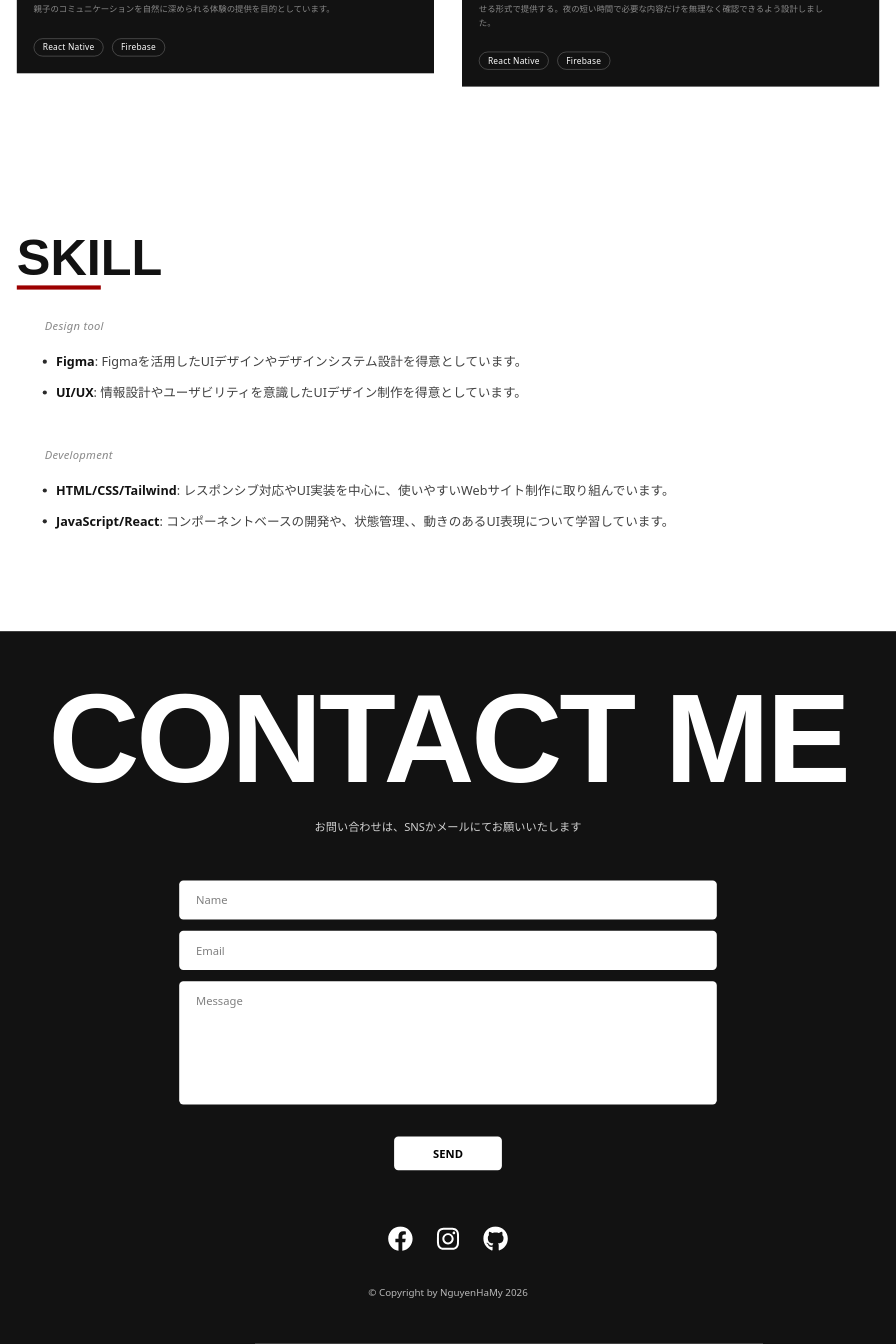
Repository: meme2603/Portfolio-HaMy
Page: / (app in my-portfolio/)
These files come from the project's save history. The page is drawn as it stood at one moment and after the next save; the edit follows.
The browser window is 1280 px wide. The pictures show the part of the page from y = 4474 to 6394 px (the page is 6394 px tall), at 70% of full size.
Some web fonts or font styles are not loaded; a fallback is used. The project was rebuilt for these pictures with package versions that can differ from the ones it lists, and the page was loaded fresh each time. Also part of the build but not shown: my-portfolio/vite.config.js.

Above is the page before, as saved 2026-05-29 14:49:48.

### my-portfolio/index.html
<!doctype html>
<html lang="ja">
  <head>
    <meta charset="UTF-8" />

    <link rel="icon" type="image/png" href="/memex2.png" />
    <meta name="viewport" content="width=device-width, initial-scale=1.0" />
    <title>My Portfolio</title>
    <link rel="preconnect" href="https://fonts.googleapis.com" />
    <link rel="preconnect" href="https://fonts.gstatic.com" crossorigin />
    <link
      href="https://fonts.googleapis.com/css2?family=Akshar:wght@300..700&family=Poppins:wght@300;400;600;700&display=swap"
      rel="stylesheet"
    />
  </head>
  <body>
    <div id="root"></div>

    <script type="module" src="/src/main.jsx"></script>
  </body>
</html>

### my-portfolio/src/main.jsx
import React from "react";
import ReactDOM from "react-dom/client";
import App from "./App";
import "./index.css";

ReactDOM.createRoot(document.getElementById("root")).render(
  <React.StrictMode>
    <App />
  </React.StrictMode>,
);

### my-portfolio/src/App.jsx
import Header from "./components/Header";
import Hero from "./components/Hero";
import About from "./components/About";
import Projects from "./components/Projects";
import Skills from "./components/Skills";
import Contact from "./components/Contact";
function App() {
  return (
    <div className="App">
      <Header />
      <Hero />
      <About />
      <Projects />
      <Skills />
      <Contact />
    </div>
  );
}

export default App;

### my-portfolio/src/index.css
@import "tailwindcss";
@theme {
  --color-primary: #9c0000;
  --color-background: #fff;
  --color-font: #121212;

  --opacity-overlay: 0.65;
  --opacity-glass: 0.1;

  --font-poppins: "Poppins", sans-serif;
  --font-akshar: "Akshar", sans-serif;
}

### my-portfolio/src/components/Header.jsx
import { useState } from "react";
function MenuItem({ text }) {
  return (
    <li>
      <a
        href={`#${text.toLowerCase()}`}
        className="text-primary text-xl relative group transition-colors"
      >
        {text}
        <span
          className="
            absolute left-0 -bottom-[4px] w-0 h-[1px] bg-primary
            transition-all duration-300 group-hover:w-full
          "
        ></span>
      </a>
    </li>
  );
}

function Header() {
  const [isOpen, setIsOpen] = useState(false);
  const menuItems = ["About", "Projects", "Contact"];
  return (
    <header className="fixed top-0 left-0 w-full h-24 bg-background border-b border-gray-300 z-60">
      <div className="max-w-7xl mx-auto h-full px-6 flex justify-between items-center">
        <div className="shrink-0">
          <a
            href="/"
            className="text-4xl text-primary font-semibold font-akshar"
          >
            HA MY
          </a>
        </div>

        <nav className="hidden lg:block">
          <ul className="flex space-x-10">
            {menuItems.map((item) => (
              <MenuItem key={item} text={item} />
            ))}
          </ul>
        </nav>

        <button
          onClick={() => setIsOpen(!isOpen)}
          className="block lg:hidden text-primary focus:outline-none z-50"
          aria-label="Menu"
        >
          <svg
            xmlns="http://www.w3.org/2000/svg"
            className="h-8 w-8"
            fill="none"
            viewBox="0 0 24 24"
            stroke="currentColor"
          >
            <path
              strokeLinecap="round"
              strokeLinejoin="round"
              strokeWidth="2"
              d={isOpen ? "M6 18L18 6M6 6l12 12" : "M4 6h16M4 12h16M4 18h16"}
            />
          </svg>
        </button>

        <div
          className={`
            absolute top-24 left-0 w-full bg-background border-b border-gray-300
            flex flex-col items-center shadow-lg lg:hidden
            overflow-hidden transition-all duration-700 ease-in-out
            ${isOpen ? "max-h-96 opacity-100 py-8 space-y-6" : "max-h-0 opacity-0 py-0 space-y-0 border-none"}
          `}
        >
          <div className="flex flex-col items-center w-full py-6 space-y-6">
            <a
              href="#about"
              onClick={() => setIsOpen(false)}
              className="text-primary text-2xl transition-opacity duration-700"
            >
              About
            </a>
            <a
              href="#projects"
              onClick={() => setIsOpen(false)}
              className="text-primary text-2xl transition-opacity duration-700"
            >
              Projects
            </a>
            <a
              href="#contact"
              onClick={() => setIsOpen(false)}
              className="text-primary text-2xl transition-opacity duration-700"
            >
              Contact
            </a>
          </div>
        </div>
      </div>
    </header>
  );
}

export default Header;

### my-portfolio/src/components/Hero.jsx
import avatarImg from "../assets/avatar.png";
function Hero() {
  return (
    <section className="relative w-full h-[calc(100vh-88px)] mt-24 bg-background overflow-hidden flex flex-col items-center pb-16">
      <div className="w-full pt-10 pb-5 z-20">
        <h1
          className="
            text-[90px]
            md:text-[140px]
            lg:text-[210px]
            font-bold
            font-akshar
            text-center
            leading-[0.7]
            text-font
            tracking-tighter
          "
        >
          PORTFOLIO
        </h1>
      </div>

      <div className="relative w-full max-w-[1440px] flex flex-col md:flex-row items-center md:items-end justify-center z-30">
        {/* LEFT */}
        <div className="flex-1 flex justify-center pb-8 md:pb-60 lg:pb-80">
          <div className="flex flex-col items-center text-center space-y-2">
            <p className="text-sm md:text-base lg:text-lg font-poppins">Hi!</p>

            <p className="text-sm md:text-base lg:text-lg font-poppins">
              My name is{" "}
              <span className="font-semibold text-base md:text-lg lg:text-xl font-poppins">
                NGUYEN THI HA MY
              </span>
            </p>

            <p className="text-base md:text-lg lg:text-xl font-light">
              I'm from VietNam
            </p>
          </div>
        </div>

        <div className="relative flex justify-center shrink-0">
          <img
            src={avatarImg}
            alt="Ha My"
            className="
              block
              h-[320px]
              md:h-[460px]
              lg:h-[601px]
              object-cover

            "
          />
        </div>

        <div className="flex-1 flex justify-center pb-8 md:pb-60 lg:pb-80">
          <div className="flex flex-col text-center space-y-2">
            <p className="text-base md:text-lg lg:text-xl font-light">
              I'm{" "}
              <span className="font-semibold text-base md:text-lg lg:text-xl">
                UI/UX Designer
              </span>{" "}
              and
            </p>

            <p className="text-base md:text-lg lg:text-xl font-semibold font-poppins">
              Design Engineer
            </p>

            <p className="text-sm md:text-base lg:text-lg font-light font-poppins">
              Now I'm living in Japan.
            </p>
          </div>
        </div>
      </div>
      <div className="absolute h-13 bottom-0 left-0 w-full bg-font py-3 md:py-4"></div>
      <div className="relative w-full mt-0 md:mt-0 lg:-mt-40 z-40">
        <div className="relative flex justify-center leading-none -mb-8 lg:-mb-12">
          <span
            className="
              absolute
              inset-0
              flex
              justify-center
              translate-x-[4px]
              translate-y-[4px]
              lg:text-[200px]
              md:text-[110px]
              sm:text-[80px]
              font-bold
              font-akshar
              tracking-tighter
              text-font
            "
          >
            Designer
          </span>

          <h2
            className="
              relative
              lg:text-[200px]
              md:text-[110px]
              sm:text-[80px]
              font-bold
              font-akshar
              tracking-tighter
              text-primary
            "
          >
            Designer
          </h2>
        </div>
      </div>

      {/* <div
        className="absolute
                  bottom-3
                  left-1/2
                  -translate-x-1/2
                  z-50
                  px-10
                  py-0.5"
      >
        <p className="text-background text-center text-[10px] md:text-xs font-light tracking-[2px]">
          This is my portfolio. Hope you enjoy it !
        </p>
      </div> */}
    </section>
  );
}

export default Hero;

### my-portfolio/src/components/About.jsx
import aboutImg from "../assets/about.jpg";
function About() {
  return (
    <section className="relative w-full h-auto py-24 bg-background overflow-hidden mt-16">
      <div className="max-w-7xl mx-auto px-6 md:px-10">
        {/* TITLE */}
        <div className="mb-16">
          <h1 className="text-5xl md:text-6xl lg:text-7xl font-bold font-akshar text-font leading-none">
            ABOUT ME
          </h1>

          <div className="w-[80px] md:w-[100px] lg:w-[120px] lg:h-[6px] md:h-[5px] h-[4px] bg-primary mt-1"></div>
        </div>

        {/* CONTENT */}
        <div className="flex flex-col lg:flex-row items-center lg:items-start gap-16">
          {/* LEFT */}
          <div className="w-full lg:w-[380px] shrink-0">
            <div className="bg-white rounded-2xl shadow-md p-5">
              <img
                src={aboutImg}
                alt="About Me"
                className="w-full  h-[300px] object-cover rounded-xl"
              />

              <div className="mt-5">
                <h2 className="text-3xl font-akshar font-bold tracking-wide text-font">
                  NGUYEN THI HA MY
                </h2>

                <p className="text-font/70 text-lg mt-1">2001.03.30</p>
              </div>

              <div className="flex gap-3 mt-6">
                <span className="border border-font rounded-full px-4 py-2 text-sm">
                  UI/UX Designer
                </span>

                <span className="border border-font rounded-full px-4 py-2 text-sm">
                  Design Engineer
                </span>
              </div>
            </div>
          </div>

          {/* RIGHT */}
          <div className="flex-1 max-w-[760px]">
            <h2 className="text-2xl md:text-3xl font-semibold font-akshar text-primary tracking-[4px] mb-8">
              PROFILE!!
            </h2>

            <div className="space-y-6 text-font leading-[2.2] text-sm md:text-base lg:text-lg">
              <p>
                ベトナム出身の
                <span className="font-semibold">
                  グエン ティ ハ ミー（ NGUYEN THI HA MY）
                </span>
                です。
              </p>

              <p>
                現在は専門学校で、
                <span className="font-semibold">デザインやコーディング </span>
                について学びながらWeb制作やフロントエンド技術の基礎を学んでおります。
              </p>

              <p>
                2021年に来日し、最初の1年間は日本語学校で日本語を学びました。
                <br />
                その後、ビジネス専門学校に進学し、日本の文化やビジネスマナー、コミュニケーション力を身につけてまいりました。
                その中で、コンピュータの授業を通して、Webデザインという職業があることを初めて知り、興味を持つようになりました。
              </p>

              <p>
                留学生として日本とベトナム両方の文化に触れてきた経験を活かし、将来はユーザーの多様な視点やニーズを理解し、最適な体験をデザインする
                <span className="font-semibold text-primary text-xl">
                  UI/UXデザイナー
                </span>
                を目指しております。
              </p>
            </div>
          </div>
        </div>
      </div>
    </section>
  );
}
export default About;

### my-portfolio/src/components/Projects.jsx
import ProjectSection from "./ProjectSection";
import { websiteProjects, appProjects } from "./ProjectsData";

function Projects() {
  return (
    <section className="pt-20 bg-background">
      <div className="max-w-7xl mx-auto px-6">
        <h1 className="text-5xl md:text-6xl lg:text-7xl font-akshar font-bold text-font">
          PROJECTS
        </h1>
        <div className="w-[80px] md:w-[100px] lg:w-[120px] lg:h-[6px] md:h-[5px] h-[4px] bg-primary mt-1 mb-20"></div>
        <ProjectSection
          title="Website Design"
          description="学校で学んだ知識を活かし、企画からデザイン、コーディングまで一貫して制作したWebプロジェクトです。"
          projects={websiteProjects}
        />
        <ProjectSection
          title="Application Design"
          description="チームプロジェクトとして、企画からUI/UX設計までチームで共同制作したモバイルアプリです。"
          projects={appProjects}
        />
      </div>
    </section>
  );
}

export default Projects;

### my-portfolio/src/components/Skills.jsx
import { skillData } from "./ProjectsData";

function Skill() {
  return (
    <section className="w-full pt-20 pb-16">
      <div className="max-w-7xl mx-auto px-6 pb-10">
        <h2 className="text-5xl md:text-6xl lg:text-7xl font-bold font-akshar text-font leading-none">
          SKILL
        </h2>

        <div className="w-[80px] md:w-[100px] lg:w-[120px] lg:h-[6px] md:h-[5px] h-[4px] bg-primary mt-1"></div>
      </div>

      <div className="max-w-7xl mx-auto px-16 space-y-16">
        {skillData.map((group, index) => (
          <div key={index}>
            <h3 className="text-base font-medium text-font/50 mb-6 tracking-wide italic">
              {group.category}
            </h3>

            <ul className="space-y-4 pl-4">
              {group.skills.map((skill, sIndex) => (
                <li key={sIndex} className="list-disc text-font/90 text-lg">
                  <span className="font-bold text-font">{skill.name}</span>
                  <span className="text-font/80 font-light">
                    : {skill.status} {skill.desc}
                  </span>
                </li>
              ))}
            </ul>
          </div>
        ))}
      </div>
    </section>
  );
}

export default Skill;

### my-portfolio/src/components/Contact.jsx
import { FaFacebook, FaInstagram, FaGithub } from "react-icons/fa";

function Contact() {
  return (
    <section className="bg-font text-background py-16 overflow-hidden mt-20">
      <div className="max-w-7xl mx-auto px-6">
        <h1
          className="
                text-center
                font-akshar
                font-bold
                leading-none
                tracking-tight
                text-[70px]
                sm:text-[100px]
                md:text-[140px]
                lg:text-[180px]
                "
        >
          CONTACT ME
        </h1>
        <p
          className="
                text-center
                text-sm
                md:text-base
                text-white/80

                mt-6
                mb-16
                "
        >
          お問い合わせは、SNSかメールにてお願いいたします
        </p>
        <form className="max-w-3xl mx-auto">
          <input
            type="text"
            placeholder="Name"
            className="
                    w-full
                    bg-white
                    text-black
                    rounded-md
                    px-6
                    py-4
                    mb-4
                    outline-none
                "
          />
          <input
            type="email"
            placeholder="Email"
            className="
                    w-full
                    bg-white
                    text-black
                    rounded-md
                    px-6
                    py-4
                    mb-4
                    outline-none
                "
          />
          <textarea
            placeholder="Message"
            rows="6"
            className="
                    w-full
                    bg-white
                    text-black
                    rounded-md
                    px-6
                    py-4
                    outline-none
                    resize-none
                "
          ></textarea>
          <div className="flex justify-center mt-10">
            <button
              className="
                    bg-white
                    text-black
                    px-14
                    py-3
                    rounded-md
                    font-semibold
                    transition-all
                    duration-300
                    hover:scale-105
                    "
            >
              SEND
            </button>
          </div>
        </form>
        <div className="flex justify-center gap-8 mt-20 text-4xl">
          <a href="/" className="hover:scale-110 transition-all duration-300">
            <FaFacebook />
          </a>

          <a href="/" className="hover:scale-110 transition-all duration-300">
            <FaInstagram />
          </a>

          <a href="/" className="hover:scale-110 transition-all duration-300">
            <FaGithub />
          </a>
        </div>

        {/* COPYRIGHT */}
        <p
          className="
                text-center
                text-sm
                text-white/70

                mt-12
                "
        >
          © Copyright by NguyenHaMy 2026
        </p>
      </div>
    </section>
  );
}

export default Contact;

### my-portfolio/src/components/ProjectSection.jsx
import ProjectCard from "./ProjectCard";

function ProjectSection({ title, description, projects }) {
  return (
    <section className="mb-32">
      <h2
        className="
          text-[32px]
          leading-none
          font-bold
          font-akshar
          tracking-tight
          text-primary
        "
      >
        {title}
      </h2>

      <p
        className="
          mt-4
          text-font/70
          leading-relaxed
        "
      >
        {description}
      </p>

      <div className="grid grid-cols-1 md:grid-cols-2 gap-10 mt-14">
        {projects.slice(0, 4).map((project, index) => (
          <ProjectCard
            key={index}
            year={project.year}
            title={project.title}
            titleJP={project.titleJP}
            description={project.desc}
            tags={project.tags}
            image={project.img}
          />
        ))}
      </div>
    </section>
  );
}

export default ProjectSection;

### my-portfolio/src/components/ProjectCard.jsx
// ProjectCard = component dùng để hiển thị 1 project card
function ProjectCard({ year, title, titleJP, description, tags, image }) {
  return (
    <div className="group cursor-pointer ">
      <div className="overflow-hidden bg-font">
        <img
          src={image}
          alt={title}
          className="
            w-full
            object-cover
            transition-all
            duration-500
            group-hover:scale-105
            group-hover:opacity-90
          "
        />
      </div>

      {/* INFO */}
      <div className="bg-font text-background px-6 py-6 ">
        <div className="flex items-start justify-between">
          <div>
            {/* ĐIỀN NĂM VÀO ĐÂY */}
            <p className="text-[12px] tracking-[2px] text-background/60 ">
              {year}
            </p>

            {/* ĐIỀN TIÊU ĐỀ VÀO ĐÂY */}
            <h3
              className="
                text-[40px]
                leading-none
                font-bold
                font-akshar
                tracking-tight
                mt-2
              "
            >
              {title}
            </h3>

            {/* ĐIỀN TIẾNG NHẬT VÀO ĐÂY */}
            <p className="text-sm text-background/70 mt-2">{titleJP}</p>

            {/* ĐIỀN MÔ TẢ VÀO ĐÂY */}
            <p className="text-xs text-background/50 leading-relaxed mt-4">
              {description}
            </p>
          </div>

          <div
            className="
              text-3xl
              transition-transform
              duration-300
              group-hover:translate-x-1
              group-hover:-translate-y-1
            "
          >
            ↗
          </div>
        </div>

        {/* BOTTOM - CHỖ NÀY ĐỂ HIỆN TAGS TỰ ĐỘNG NÈ */}
        <div className="mt-8 flex items-center gap-3 flex-wrap">
          {tags &&
            tags.map((tag, index) => (
              <span
                key={index}
                className="
                border
                border-background/30
                rounded-full
                px-3
                py-1
                text-xs
                tracking-wide
              "
              >
                {tag}
              </span>
            ))}
        </div>
      </div>
    </div>
  );
}

export default ProjectCard;

Loaded but not shown: my-portfolio/src/components/ProjectsData.js (96 lines, source omitted)

After the next save:
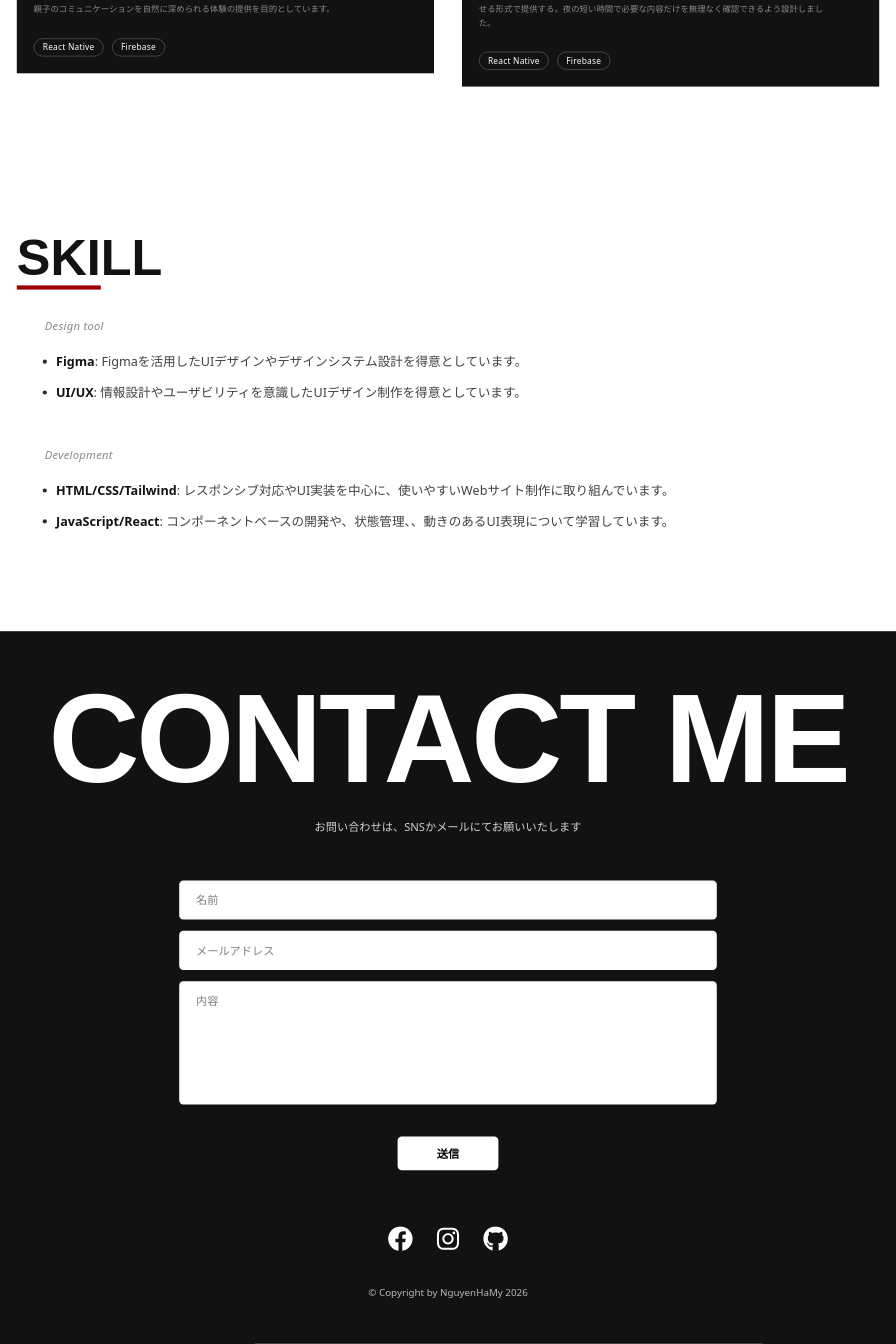
Saved 45 s later.
--- a/my-portfolio/src/components/Contact.jsx
+++ b/my-portfolio/src/components/Contact.jsx
@@ -35,7 +35,7 @@
         <form className="max-w-3xl mx-auto">
           <input
             type="text"
-            placeholder="Name"
+            placeholder="名前"
             className="
                     w-full
                     bg-white
@@ -49,7 +49,7 @@
           />
           <input
             type="email"
-            placeholder="Email"
+            placeholder="メールアドレス"
             className="
                     w-full
                     bg-white
@@ -62,7 +62,7 @@
                 "
           />
           <textarea
-            placeholder="Message"
+            placeholder="内容"
             rows="6"
             className="
                     w-full
@@ -89,7 +89,7 @@
                     hover:scale-105
                     "
             >
-              SEND
+              送信
             </button>
           </div>
         </form>
